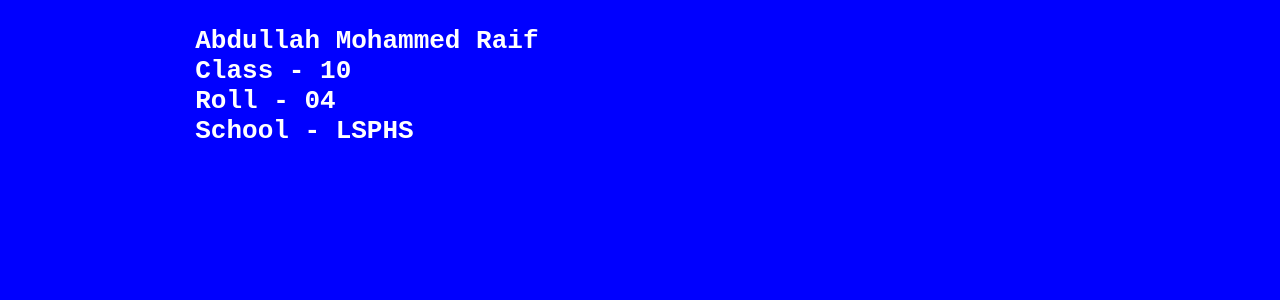
Repository: Raif-007/Portfolio
Page: index.html
An editor plug-in stored every save of this project. The page is shown before and after the next save, followed by the edit.
The browser window is 1280 px wide. The pictures show the whole page.

Above is the page before, as saved 2021-07-05 17:03:28.

After the next save:
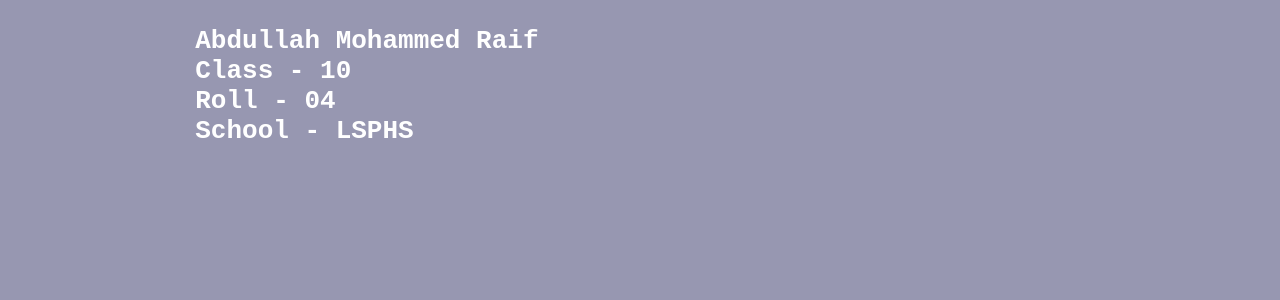
Saved 14 s later.
--- a/styles.css
+++ b/styles.css
@@ -1,4 +1,4 @@
 body {
-    background-color: blue;
+    background-color: rgba(54, 54, 105, 0.514);
     color: #ffffff;
 }
